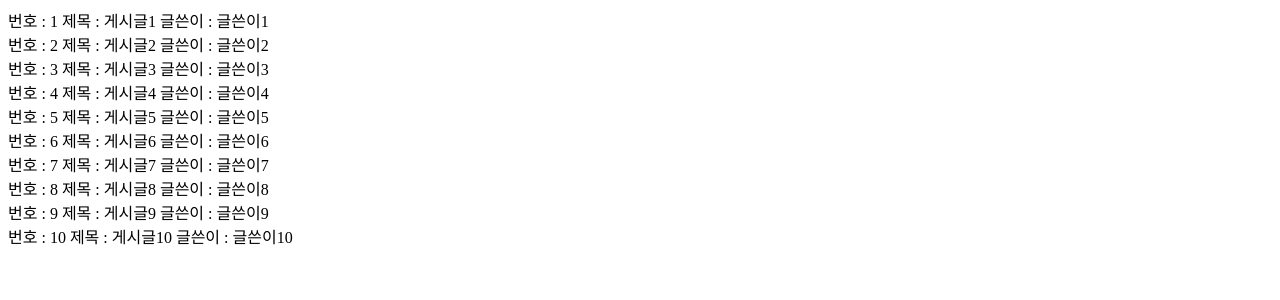
Repository: Rccn3202/Springboot_study_pack
Page: http://localhost/web/list.jsp
The author's editor kept a copy of each file at every save. The page is drawn from the files as they stood at one save, then again after a run of saves.
The browser window is 1280 px wide. The pictures show the whole page.
The page is served by Tomcat 9. Other server files are loaded and not shown.

Above is the page before, as saved 2023-05-03 03:16:15.

### web/src/main/webapp/list.jsp
<%@page import="java.util.HashMap"%>
<%@page import="java.util.ArrayList"%>
<%@page import="java.util.Map"%>
<%@page import="java.util.List"%>
<%@ page language="java" contentType="text/html; charset=UTF-8"
    pageEncoding="UTF-8"%>
<%

List<Map<String,String>> list = new ArrayList<>();

for(int i=1;i<=10;i++){
   Map<String,String> board = new HashMap<>();
   board.put("bi_num","" + i);
   board.put("bi_title","게시글" + i);
   board.put("bi_writer","글쓴이" + i);
   list.add(board);
}

%>
<!DOCTYPE html>
<html>
<head>
<meta charset="UTF-8">
<title>Insert title here</title>
</head>
<body>
<%
for(Map<String,String>map: list){
	out.println("번호 : "+map.get("bi_num"));
	out.println("제목 : "+map.get("bi_title"));
	out.println("글쓴이 : "+map.get("bi_writer"));
	out.println("<br>");
}
%>
</body>
</html>

After the next 2 saves:
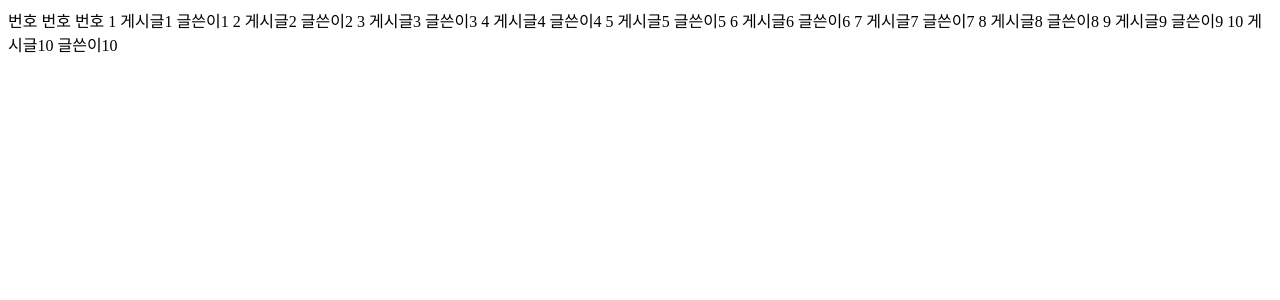
The 2 saves are shown as one change because 1 did not build or start.
The last was saved 13 min 28 s later.
--- a/web/src/main/webapp/list.jsp
+++ b/web/src/main/webapp/list.jsp
@@ -24,12 +24,19 @@ for(int i=1;i<=10;i++){
 <title>Insert title here</title>
 </head>
 <body>
+<tr>
+<th>번호</th>
+<th>번호</th>
+<th>번호</th>
+</tr>
 <%
 for(Map<String,String>map: list){
-	out.println("번호 : "+map.get("bi_num"));
-	out.println("제목 : "+map.get("bi_title"));
-	out.println("글쓴이 : "+map.get("bi_writer"));
-	out.println("<br>");
+	out.println("<tr>");
+	out.println("<td>"+map.get("bi_num")+"</td>");
+	out.println("<td>"+map.get("bi_title")+"</td>");
+	out.println("<td>"+map.get("bi_writer")+"</td>");
+	out.println("</tr>");
+
 }
 %>
 </body>
